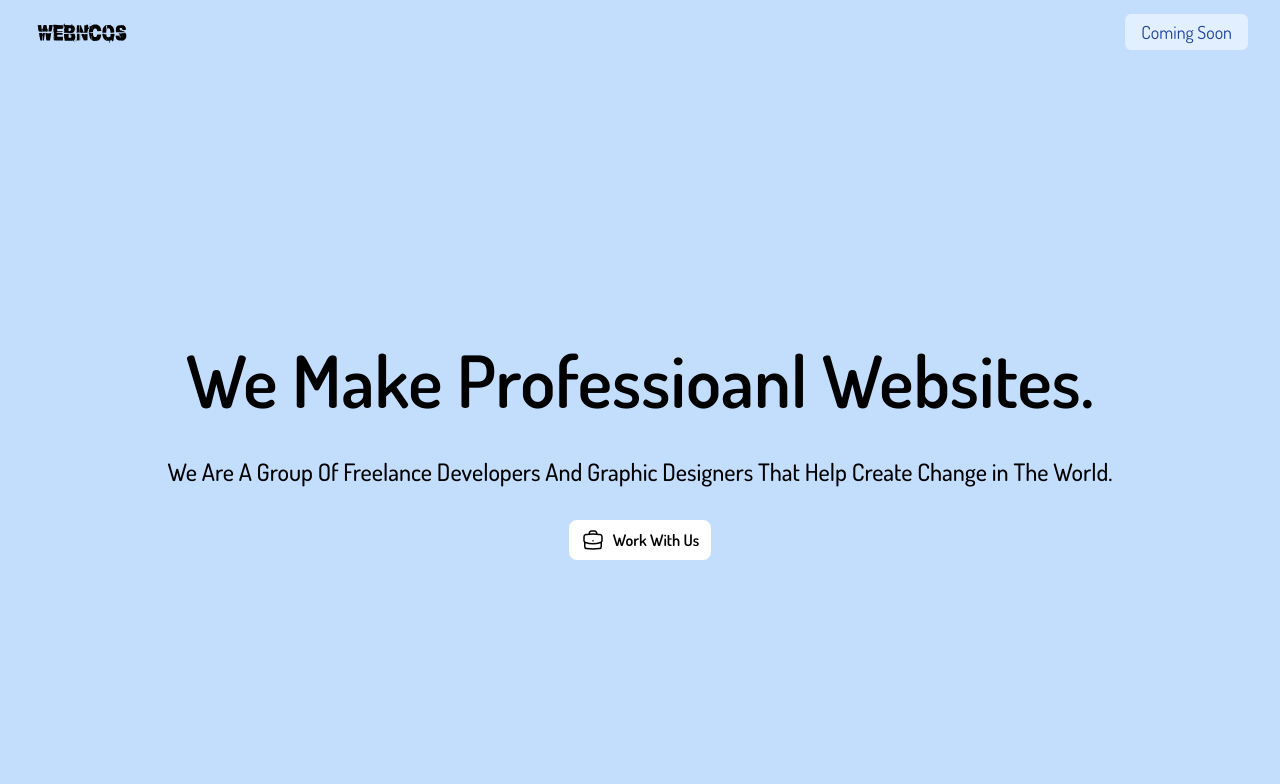
Repository: 1realjulius/webncos
Page: /
These files come from the project's save history. The page is drawn as it stood at one moment and after the next save; the edit follows.
The browser window is 1280 px wide. The pictures show the whole page.
The project was rebuilt for these pictures with package versions that can differ from the ones it lists, and the page was loaded fresh each time. The framework's server and built-in components were replaced by stand-ins that run in the browser. Also part of the build but not shown: next.config.js.

Above is the page before, as saved 2022-09-13 14:13:13.

After the next save:
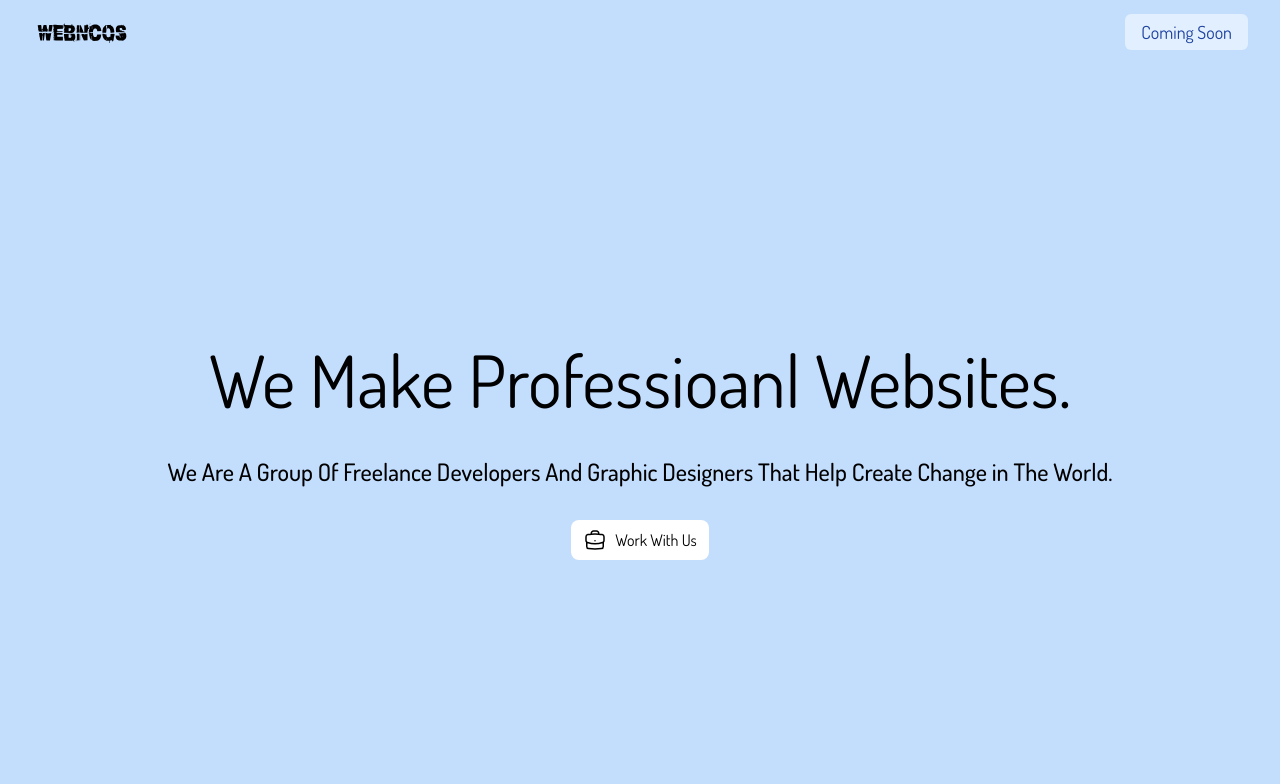
Saved 31 s later.
--- a/components/ComingSoon.tsx
+++ b/components/ComingSoon.tsx
@@ -7,7 +7,7 @@ const ComingSoon = () => {
     <div className="flex flex-col items-center justify-center">
       <div className="max-w-7xl min-h-screen flex flex-col items-center justify-center">
         <div className="p-4 text-center">
-          <h1 className="font-DosisSemiBold text-5xl md:text-7xl md:my-10 my-6">
+          <h1 className="text-5xl md:text-7xl md:my-10 my-6">
             We Make Professioanl Websites.
           </h1>
           <h3 className="font-DosisMedium text-lg md:text-2xl mb-4">
@@ -34,9 +34,7 @@ const ComingSoon = () => {
                   />
                 </svg>
               </span>
-              <span className="font-DosisSemiBold leading-none">
-                Work With Us
-              </span>
+              <span className="leading-none">Work With Us</span>
             </div>
           </Link>
         </div>
